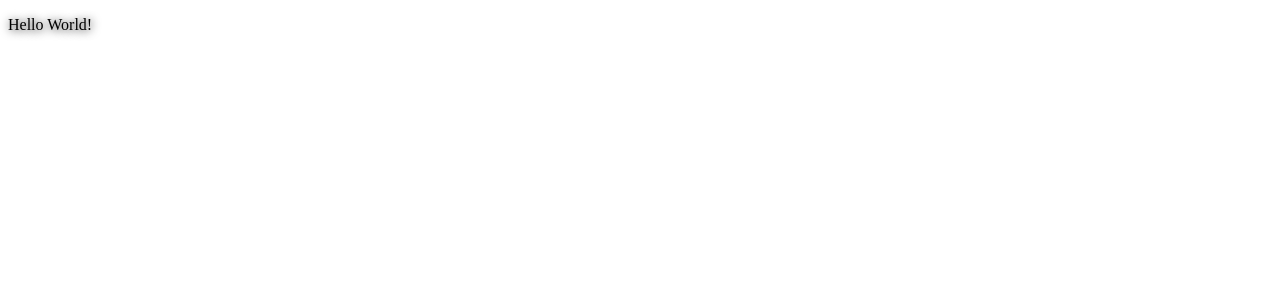
Repository: LavriaNeptune/css-basic
Page: typography/text-shadow.html
The author's editor kept a copy of each file at every save. The page is drawn from the files as they stood at one save, then again after a run of saves.
The browser window is 1280 px wide. The pictures show the whole page.

Above is the page before, as saved 2022-08-19 02:20:08.

### typography/text-shadow.html
<!DOCTYPE html>

<html>
  <head>
    <style>
      .target {
        text-shadow: 1px 1px 10px ;
        /* text-shadow 属性用来定义当文字的阴影,取值格式:
          1px 1px 10px red -> 表示水平便宜距离和垂直便宜距离、模糊程度、颜色;注意颜色可以是任何合法的表示颜色的方式,当忽略颜色时为文字本身的颜色 */
      }
    </style>
  </head>
  <body>
    <p class="target">Hello World!</p>
  </body>
</html>

After the next 2 saves:
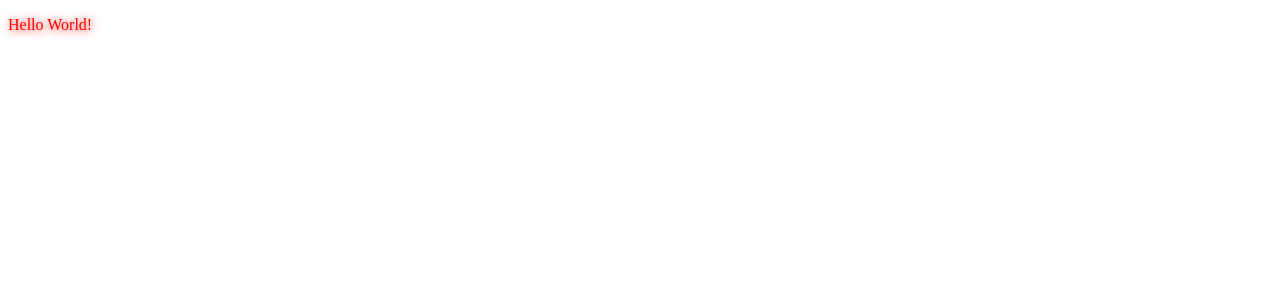
The 2 saves are shown as one change because they came seconds apart.
The last was saved 20 s later.
--- a/typography/text-shadow.html
+++ b/typography/text-shadow.html
@@ -4,9 +4,10 @@
   <head>
     <style>
       .target {
-        text-shadow: 1px 1px 10px ;
+        text-shadow: 1px 1px 10px;
         /* text-shadow 属性用来定义当文字的阴影,取值格式:
           1px 1px 10px red -> 表示水平便宜距离和垂直便宜距离、模糊程度、颜色;注意颜色可以是任何合法的表示颜色的方式,当忽略颜色时为文字本身的颜色 */
+        color: red;
       }
     </style>
   </head>

After the 2 saves that followed:
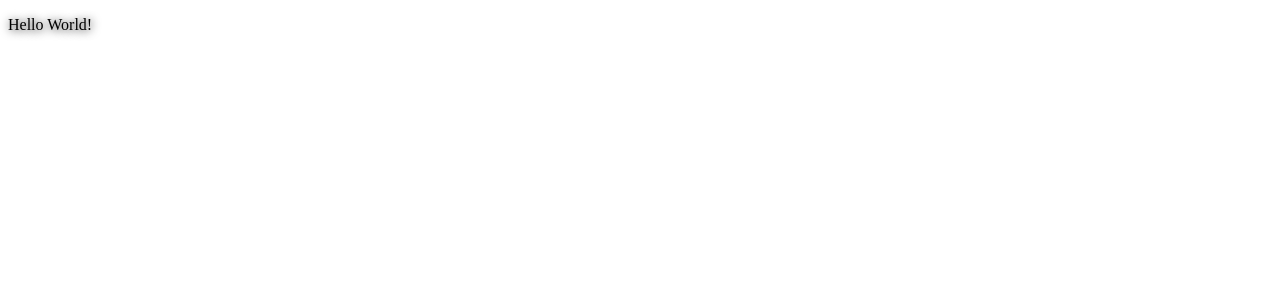
The 2 saves are shown as one change because they came seconds apart.
The last was saved 7 s later.
--- a/typography/text-shadow.html
+++ b/typography/text-shadow.html
@@ -4,10 +4,9 @@
   <head>
     <style>
       .target {
-        text-shadow: 1px 1px 10px;
+        text-shadow: 1px 1px 10px ;
         /* text-shadow 属性用来定义当文字的阴影,取值格式:
           1px 1px 10px red -> 表示水平便宜距离和垂直便宜距离、模糊程度、颜色;注意颜色可以是任何合法的表示颜色的方式,当忽略颜色时为文字本身的颜色 */
-        color: red;
       }
     </style>
   </head>
